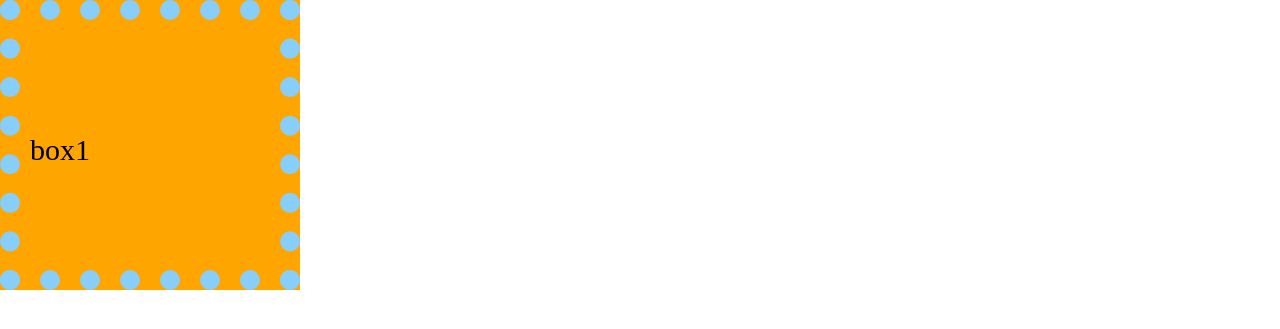
Repository: gwonjunsu95/html5
Page: html5/WebContent/day0203.html
These files come from the project's save history. The page is drawn as it stood at one moment and after the next save; the edit follows.
The browser window is 1280 px wide. The pictures show the whole page.

Above is the page before, as saved 2020-04-17 05:15:49.

After the next save:
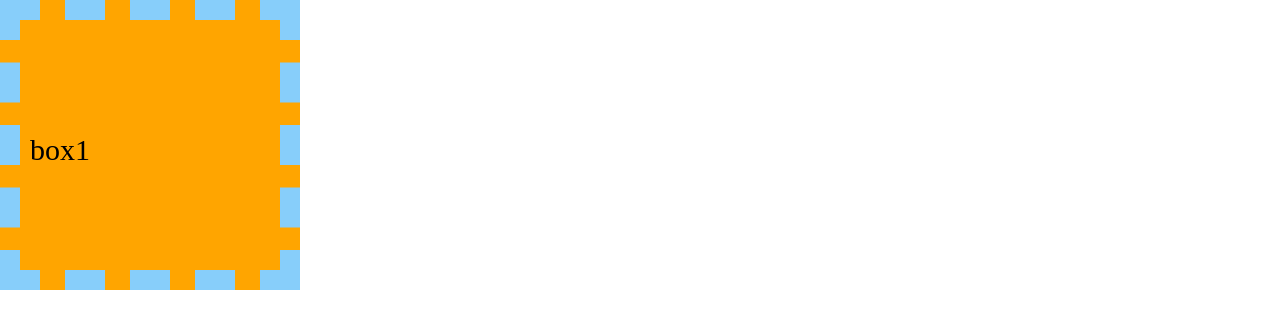
Saved 10 s later.
--- a/html5/WebContent/day0203.html
+++ b/html5/WebContent/day0203.html
@@ -62,7 +62,7 @@
 	inset:
 	outset:
 	*/
-		border-style: dotted;
+		border-style: dashed;
 		}
 
 	#box2, #box3{
